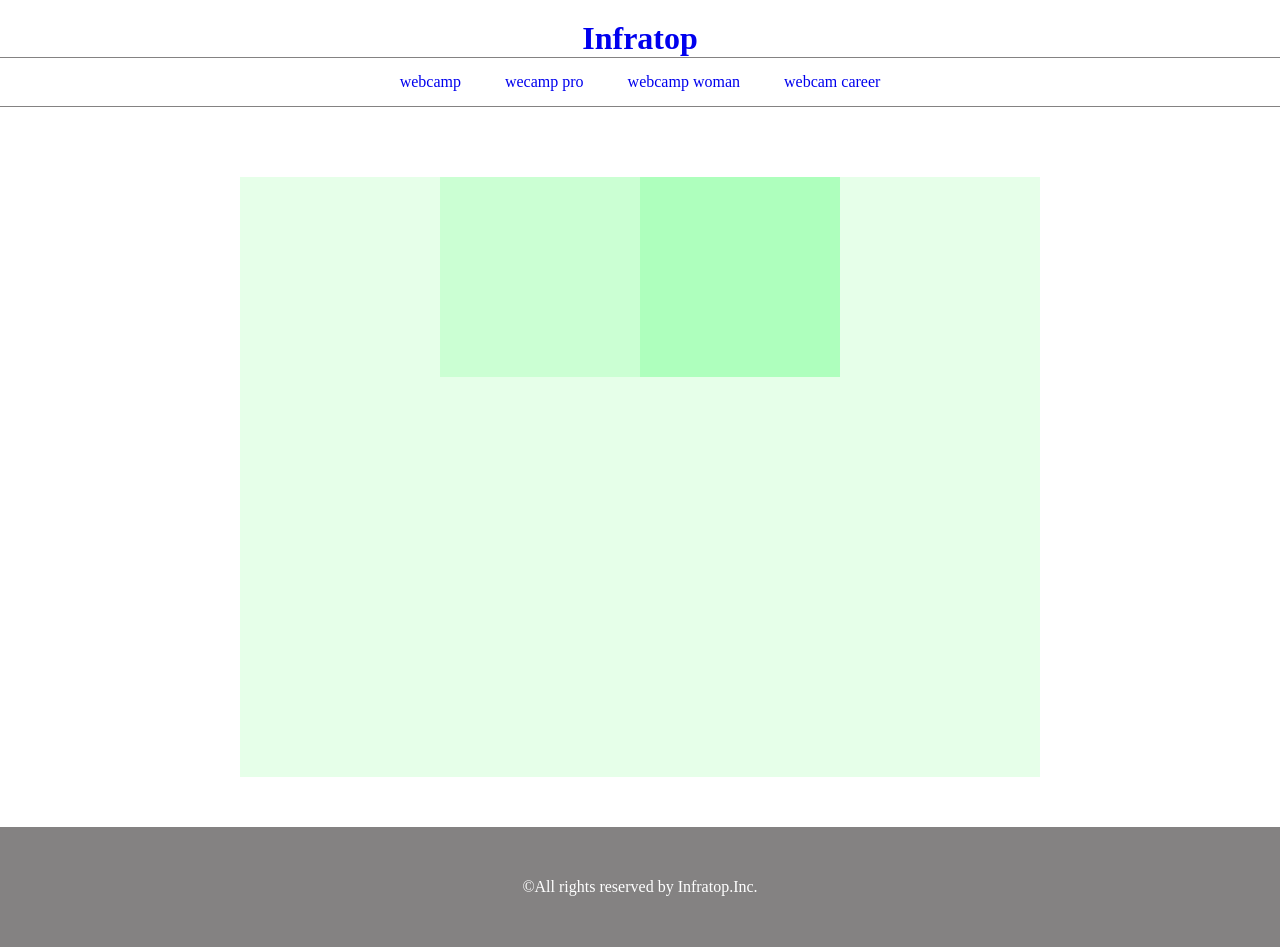
Repository: ego-boosting/assightment_1
Page: infratop/index.html
The author's editor kept a record of every edit. The page is drawn from the files as they stood at one moment, then again after the next edit.
The browser window is 1280 px wide. The pictures show the whole page.

Above is the page before.

### infratop/index.html
<!DOCTYPE html>
<html lang="ja">
  <head>
    <meta charset="UTF-8" />
    <!-- CSSファイルの読み込み -->
    <link rel="stylesheet" href="style.css" />
    <title>Infratop</title>
  </head>

<body>
  <header>
    <h1 class="heading">
      <a href="index.html">Infratop</a>
    </h1>
    <nav>
      <ul class="nav-list" >
        <li class="nav-list-item">
          <a href="index.html">webcamp</a>
        </li>

        <li class="nav-list-item">
          <a href="index.html">wecamp pro</a>
        </li>

        <li class="nav-list-item">
          <a href="index.html">webcamp woman</a>
        </li>

        <li class="nav-list-item">
          <a href="index.html">webcam career</a>
        </li>
      </ul>
    </nav>
  </header>

  <div class="main">
    <div class="box1"></div>
    <div class="box2"></div>
    <div class="box3"></div>
    <div class="box4"></div>
    <div class="box5"></div>
    <div class="box6"></div>
    <div class="box7"></div>
    <div class="box8"></div>
    <div class="box9"></div>
    <div class="box10"></div>
    <div class="box11"></div>
    <div class="box12"></div>
  </div>

  <footer>
    <p class="footer-text">©All rights reserved by Infratop.Inc.</p>
  </footer>




</body>
</html>

### infratop/style.css
*{
  margin: 0;
  padding: 0;
  box-sizing:border-box;
}

a{
  text-decoration: none;
}

header{
  width: 100%;
  padding: 20px 0;
  text-align: center;
}

.heading{
  font-size: 32px;
}

.nav-list{
  /*下記*/
  text-align: center;
  padding: 15px 0;
  margin: 0 auto;
  border-bottom: 1px solid #848282;
  border-top: 1px solid #848282;
}

.nav-list-item{
  list-style: none;
  display: inline-block;
  margin: 0 20px;
}

.main{
  width: 800px;
  /*中央寄せ*/
  margin: 50px auto;
  display: flex;
  flex-wrap: wrap;
}

.box1{
  width: 200px;
  height: 200px;
  background-color: #e6ffe9;
}

.box2{
  width: 200px;
  height: 200px;
  background-color: #cbffd3;
}

.box3{
  width: 200px;
  height: 200px;
  background-color: #aeffbd;
}

.box4{
  width: 200px;
  height: 200px;
  background-color: #e6ffe9;
}

.box5{
  width: 200px;
  height: 200px;
  background-color: #e6ffe9;
}

.box6{
  width: 200px;
  height: 200px;
  background-color: #e6ffe9;
}

.box7{
  width: 200px;
  height: 200px;
  background-color: #e6ffe9;
}

.box8{
  width: 200px;
  height: 200px;
  background-color: #e6ffe9;
}

.box9{
  width: 200px;
  height: 200px;
  background-color: #e6ffe9;
}

.box10{
  width: 200px;
  height: 200px;
  background-color: #e6ffe9;
}

.box11{
  width: 200px;
  height: 200px;
  background-color: #e6ffe9;
}

.box12{
  width: 200px;
  height: 200px;
  background-color: #e6ffe9;
}

footer{
  width: 100%;
  height: 120px;
  text-align: center;
  line-height: 120px;
  background-color: #848282;
}

.footer-text{
  color: #fff;
}

After the next edit:
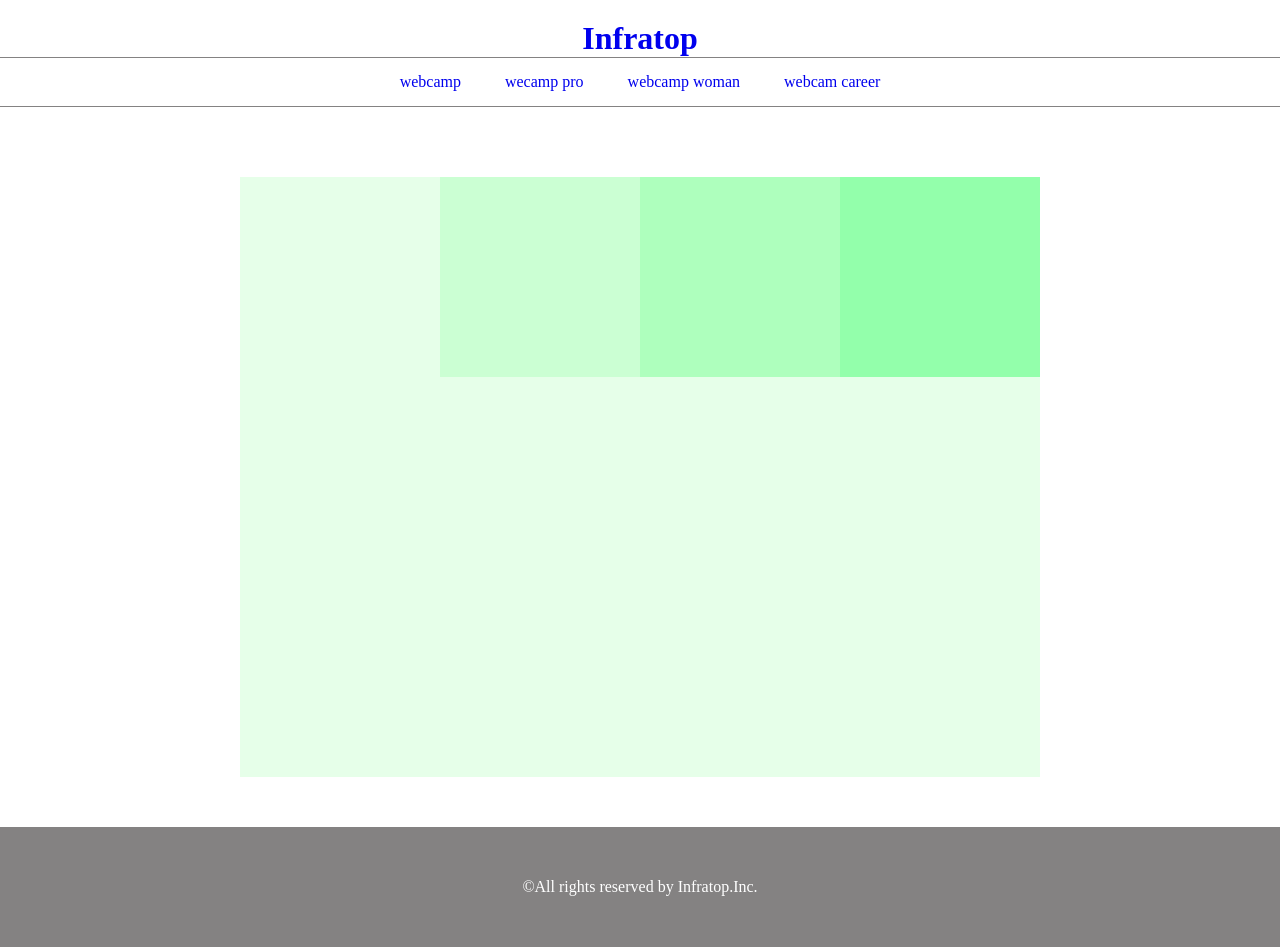
The edit:
--- a/infratop/style.css
+++ b/infratop/style.css
@@ -62,7 +62,7 @@
 .box4{
   width: 200px;
   height: 200px;
-  background-color: #e6ffe9;
+  background-color: #93ffab;
 }
 
 .box5{
